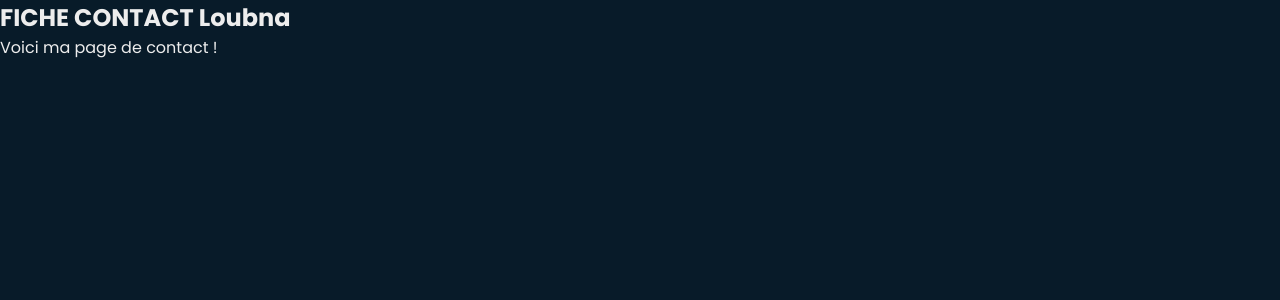
Repository: Loubna77290/Portfolio-de-Loubna
Page: contact.html
An editor plug-in stored every save of this project. The page is shown before and after the next save, followed by the edit.
The browser window is 1280 px wide. The pictures show the whole page.

Above is the page before, as saved 2025-03-09 23:23:03.

After the next save:
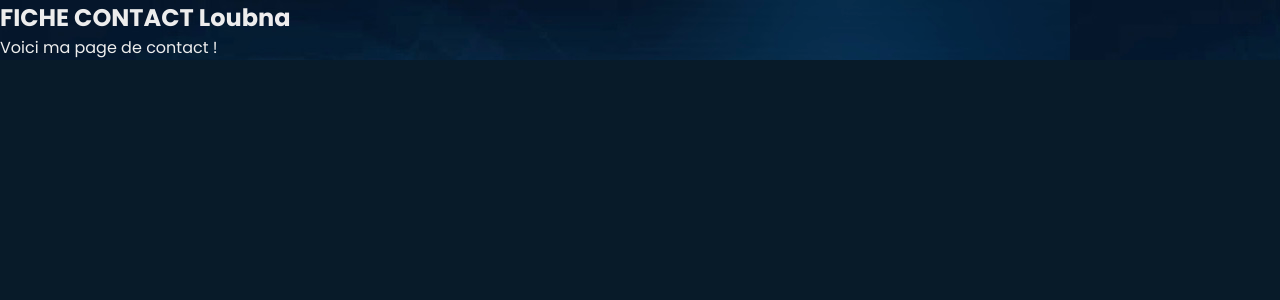
Saved 28 s later.
--- a/style.css
+++ b/style.css
@@ -258,3 +258,7 @@ body {
         width: 0;
     }
 }
+
+.contact-background  {
+    background: url(/IMG_7408.jpg);
+}

After the save that followed:
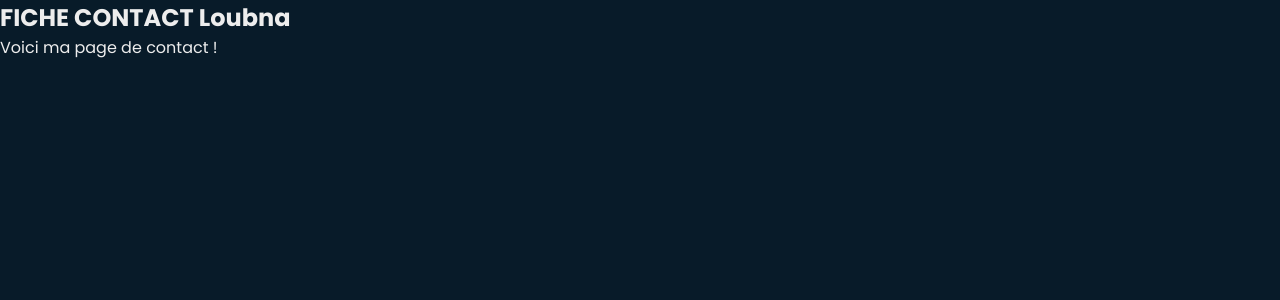
Saved 91 s later.
--- a/style.css
+++ b/style.css
@@ -258,7 +258,3 @@ body {
         width: 0;
     }
 }
-
-.contact-background  {
-    background: url(/IMG_7408.jpg);
-}
